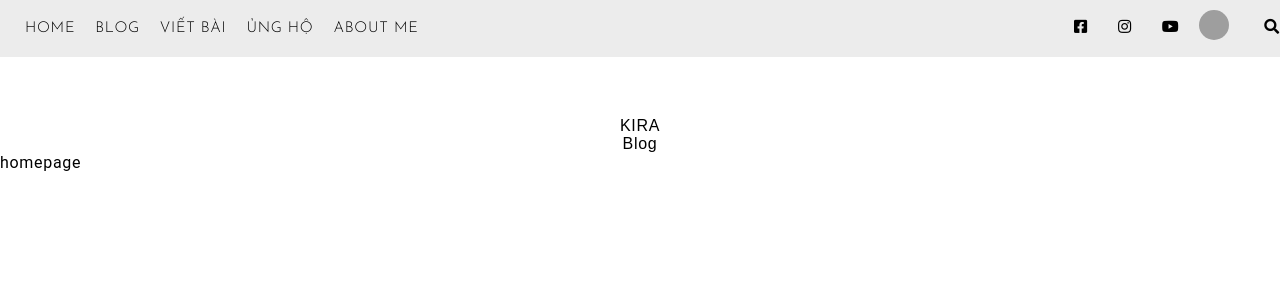
Repository: DTien93/blog-meanstack
Page: / (app in my-app/)
These files come from the project's save history. The page is drawn as it stood at one moment and after the next save; the edit follows.
The browser window is 1280 px wide. The pictures show the whole page.
Pictures or frames that could not be fetched are drawn as grey boxes. Some web libraries are served in a nearby version. The project was rebuilt for these pictures with package versions that can differ from the ones it lists, and the page was loaded fresh each time. Also part of the build but not shown: my-app/src/components/pages/home.css.

Above is the page before, as saved 2021-08-21 15:55:45.

After the next save:
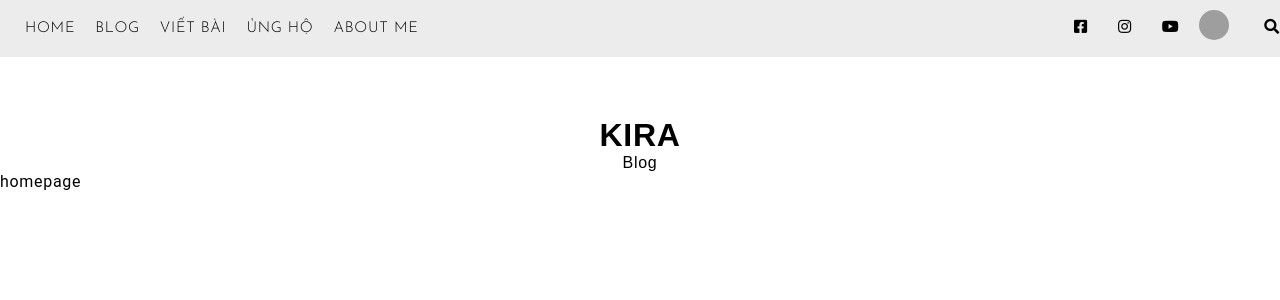
Saved 25 s later.
--- a/my-app/src/components/Header/index.jsx
+++ b/my-app/src/components/Header/index.jsx
@@ -7,7 +7,7 @@
     return (
         <div className="header">
             <div className="header__titles">
-                <span className="header__titles-heading">KIRA</span>
+                <h1 className="header__titles-heading">KIRA</h1>
                 <span className="header__titles-heading">Blog</span>
             </div>
 
